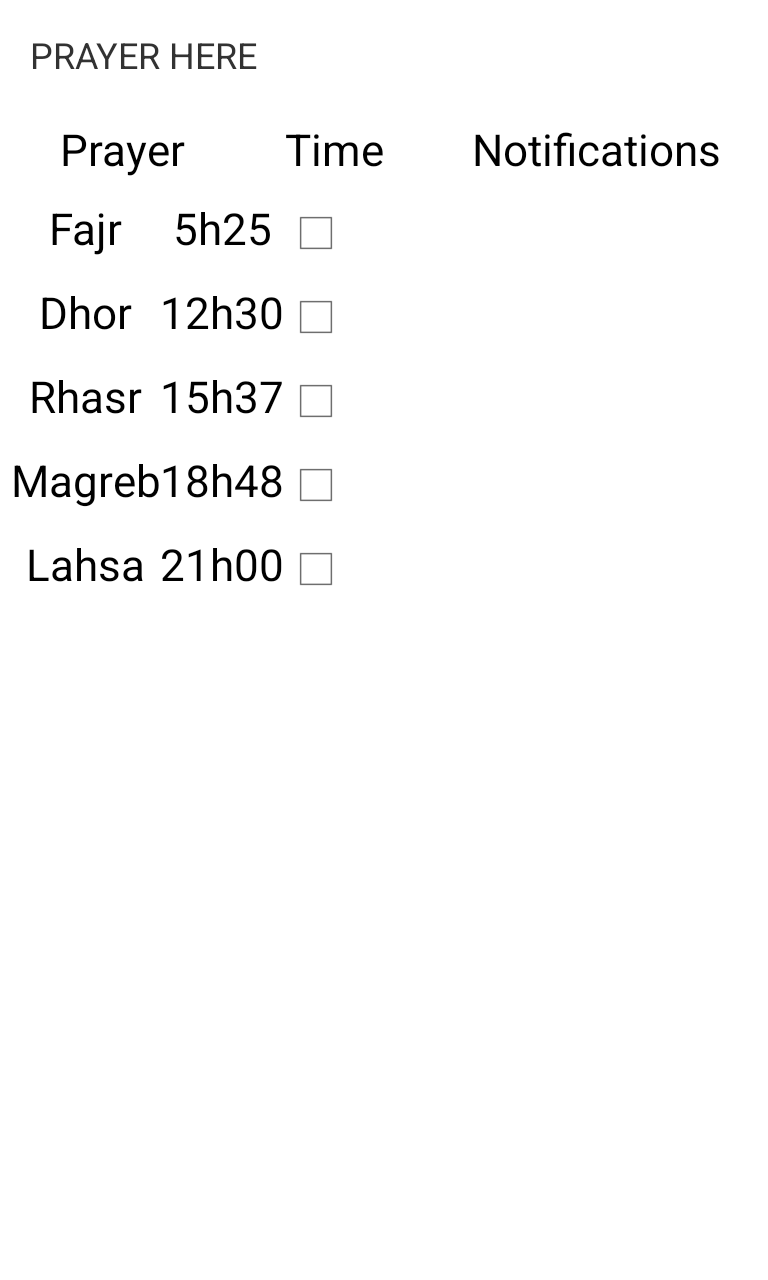
Repository: Osamah/Afstudeerwerk
Layout: NativeApp/SecondPillar/res/layout/activity_prayer.xml
The author's editor kept a copy of each file at every save. The layout is drawn from the files as they stood at one save, then again after the next save.
It is drawn on a 768 x 1280 px phone screen (xhdpi) without system bars, with theme AppTheme; the app's code is not run.

Above is the layout before, as saved 2012-12-27 23:58:11.

After the next save:
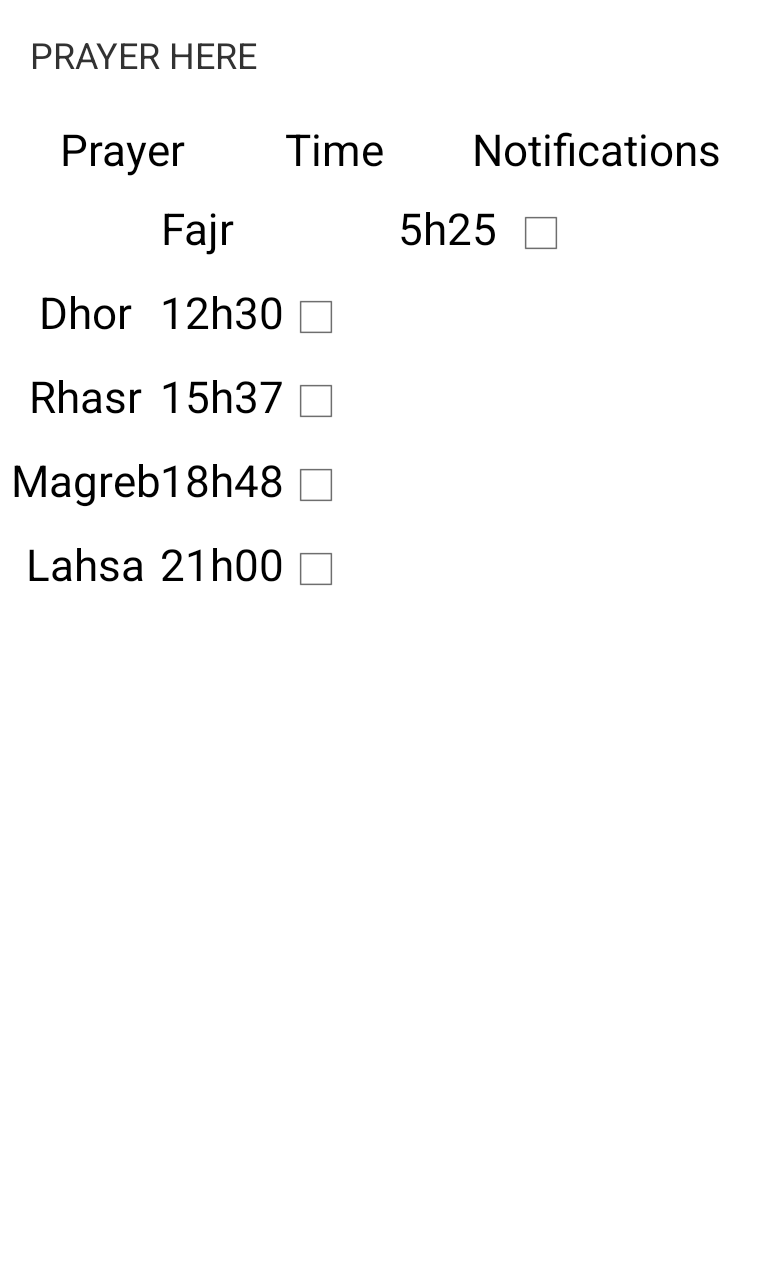
Saved 70 s later.
--- a/NativeApp/SecondPillar/res/layout/activity_prayer.xml
+++ b/NativeApp/SecondPillar/res/layout/activity_prayer.xml
@@ -60,7 +60,9 @@
             android:id="@+id/prayer1"
             android:text="@string/prayer1"
             android:textAppearance="?android:attr/textAppearanceLarge"
-            android:gravity="center"/>
+              android:layout_weight="1"
+            android:gravity="center"
+            />
 
         <TextView
             android:id="@+id/prayerTime1"
